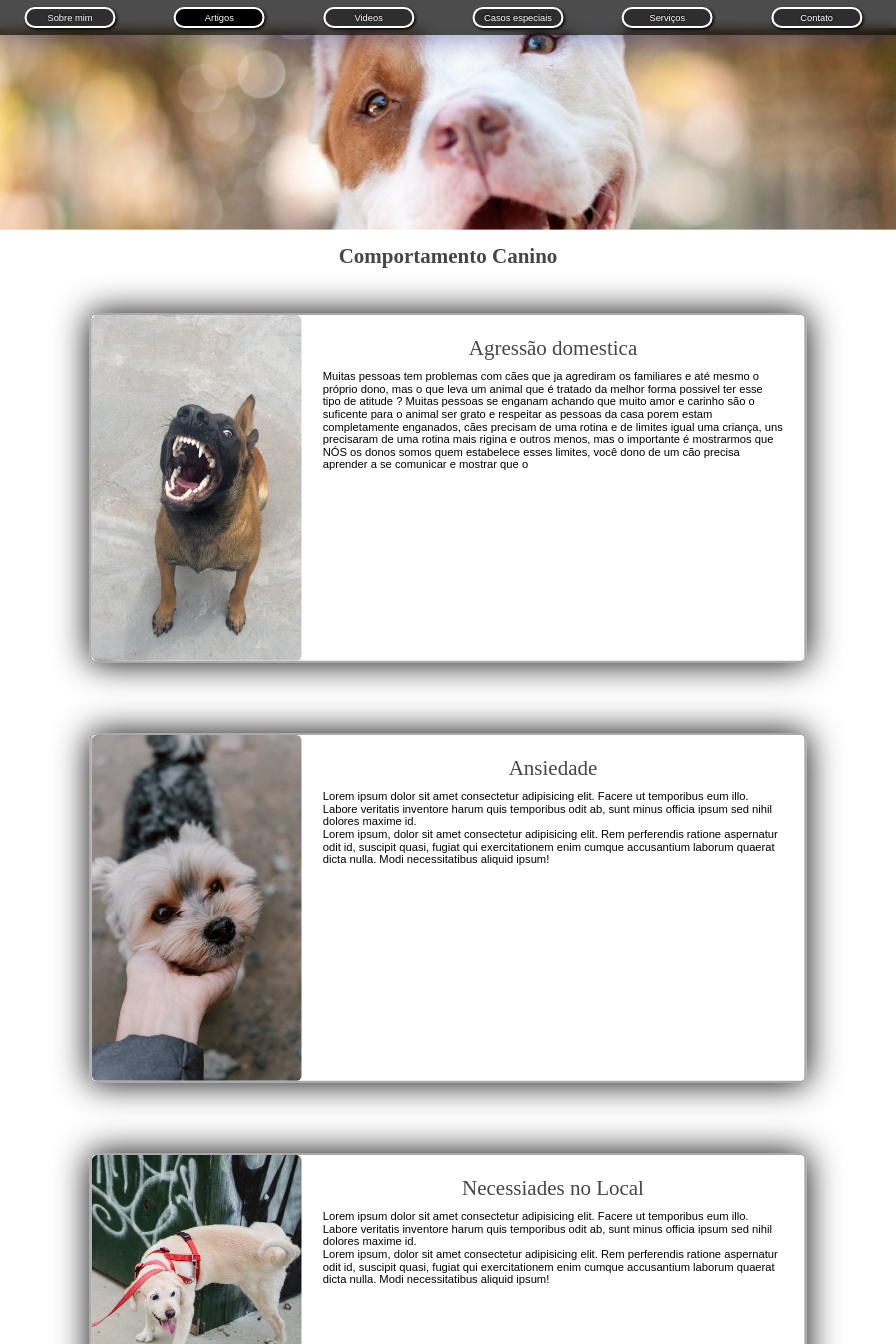
Repository: KevynMarques/Blog-React-StyledComponent
Page: /, after clicking the first element matching `button.sc-eqUAAy`
The author's editor kept a copy of each file at every save. The page is drawn from the files as they stood at one save, then again after the next save.
The browser window is 1280 px wide. The pictures show the part of the page from y = 0 to 1920 px (the page is 3448 px tall), at 70% of full size.
The project was rebuilt for these pictures with package versions that can differ from the ones it lists, and the page was loaded fresh each time. Also part of the build but not shown: src/Components/Clientes/index.jsx, src/Components/Serviços/index.jsx, src/Components/Contato/index.jsx, src/Components/View/index.jsx.

Above is the page before, as saved 2022-02-21 15:25:22.

### public/index.html
<!DOCTYPE html>
<html lang="pt-BR">
  <head>
    <meta charset="utf-8" />
    <link rel="icon" href="%PUBLIC_URL%/favicon.ico" />
    <meta name="viewport" content="width=device-width, initial-scale=1" />
    <meta name="theme-color" content="#000000" />
    <meta
      name="description"
      content="Web site created using create-react-app"
    />
    <link rel="apple-touch-icon" href="%PUBLIC_URL%/logo192.png" />
    <!--
      manifest.json provides metadata used when your web app is installed on a
      user's mobile device or desktop. See https://developers.google.com/web/fundamentals/web-app-manifest/
    -->
    <!--
      Notice the use of %PUBLIC_URL% in the tags above.
      It will be replaced with the URL of the `public` folder during the build.
      Only files inside the `public` folder can be referenced from the HTML.

      Unlike "/favicon.ico" or "favicon.ico", "%PUBLIC_URL%/favicon.ico" will
      work correctly both with client-side routing and a non-root public URL.
      Learn how to configure a non-root public URL by running `npm run build`.
    -->
    <title>Adestramento DK</title>
  </head>
  <body>
    <noscript>You need to enable JavaScript to run this app.</noscript>
    <div id="root"></div>
    <!--
      This HTML file is a template.
      If you open it directly in the browser, you will see an empty page.

      You can add webfonts, meta tags, or analytics to this file.
      The build step will place the bundled scripts into the <body> tag.

      To begin the development, run `npm start` or `yarn start`.
      To create a production bundle, use `npm run build` or `yarn build`.
    -->
  </body>
</html>

### src/App.jsx
import Home from './Pages/Home';
import Sobre from './Components/Sobre/index';
import { useState, useEffect } from 'react';
import { GlobalStyle } from './GlobalStyle';
import Geral from './Components/Geral/index';


function App() {

  const [geral, setGeral]=useState(<Sobre />);

  return (
    <>
    <Home setGeral={setGeral} geral={geral}  />
    <Geral geral={geral} />
    <GlobalStyle/>
   </>
  );
}

export default App;

### src/Pages/Home/index.jsx
import React, {useState} from "react"
import {  Home, Videos, Comportamental, Serviços, Diversos, Contato } from "../../Components/Buttons/Style"
import Sobre from '../../Components/Sobre/index'
import Comport  from '../../Components/Artigos/index'
import Clientes from '../../Components/Clientes/index'
import Serv from "../../Components/Serviços"
import Cont from '../../Components/Contato/index'
import View from "../../Components/View"
import { ContainerHeader } from "../../Components/Containers/style"




export default (props) => {

  const [ativo, setAtivo] = useState(false)
  const [ativoVideos, setAtivoVideos] = useState(true)
  const [ativoComp, setComp] = useState(true)
  const [Casos, setCasos] = useState(true)
  const [serviços, setServiços] = useState(true)
  const [contato, setContato] = useState(true)


  return (
   <>
    <ContainerHeader>

       <Home
         setAtivo={setAtivo}
         ativo={ativo}
         onClick={()=>(props.setGeral(<Sobre />),
         setAtivo(false),
         setAtivoVideos(true),
         setComp(true),
         setCasos(true),
         setServiços(true)
         )}>
         <p>Sobre mim</p>
      </Home>


       <Comportamental
          onClick={() =>(props.setGeral(<Comport />),
          setAtivo(true),
          setAtivoVideos(true),
          setComp(false),
          setCasos(true),
          setServiços(true))}

          setComp={setComp}
          ativoComp={ativoComp}>

         <p>Artigos</p>
       </Comportamental>

       <Videos
        ativoEquip={ativoVideos}
        setAtivoVideos={setAtivoVideos}
        onClick={()=>(props.setGeral(<View />),
        setAtivo(true),
        setAtivoVideos(false),
        setComp(true),
        setCasos(true),
        setServiços(true)
        )}>
        <p>Videos</p>
       </Videos>

       <Diversos
          onClick={() =>(props.setGeral(<Clientes />),
          setAtivo(true),
          setAtivoVideos(true),
          setComp(true),
          setCasos(false),
          setServiços(true))}
          setCasos={setCasos}
          Casos={Casos}>
         <p>Casos especiais</p>
       </Diversos>


       <Serviços onClick={() =>(props.setGeral(<Serv />),
        setAtivo(true),
        setAtivoVideos(true),
        setComp(true),
        setCasos(true),
        setServiços(false))}
        setServiços={setServiços}
        serviços={serviços}>
         <p>Serviços</p>
       </Serviços>

       <Contato onClick={() =>(props.setGeral(<Cont />),
        setAtivo(true),
        setAtivoVideos(true),
        setComp(true),
        setCasos(true),
        setServiços(true),
        setContato(false)
       )}
          setContato={setContato}
          contato={contato}>
         <p>Contato</p>
      </Contato>

    </ContainerHeader>
    </>
  );
}

### src/Components/Sobre/index.jsx
import Foto from '../Image/foto.png'
import LV from '../Image/LV.jpg';
import Dog from '../Image/Dog.png'
import { Tittle } from "../Textos&Titles/style";
import { ContainerBaner, ContainerBox, ContainerIMG } from "../Containers/style";
import { Info } from "../Textos&Titles/style";
import { SubTitle } from '../Textos&Titles/style';
import { TitleInfo } from '../Textos&Titles/style';


export default () => {
  return (
<>
     <ContainerBaner>
      <img src={Dog} />
     </ContainerBaner>

   <Tittle>
          Adestramento DK
  </Tittle>


  <ContainerBox>
       <ContainerIMG>
        <img src={Foto} />
       </ContainerIMG>
       <Info>
       <TitleInfo>Quem sou eu</TitleInfo>
       meu nome é Kevyn Marques sempre fui um apaixonado por cães, no ano de 2017 tive o prazer
       de fazer parte do 2BPE  onde pude ter  meu primeiro contato com cães de trabalho tanto de faro como de guarda, encantando com aqueles animais comecei a pesquisar e estudar sobre comportamento canino  e desde la eu nunca mais parei, ao longo da minha jornada como adestrador fiz inumeros cursos com pessoas que estão na aréa do adestramento a anos, tanto no esporte canino como no treinamento pet podendo ter uma visão ampla e diversificade de cada caso que passa pelas minhas mãos, tenho um orgulho enorme dos meus resultados, acredito que todos com a orientação adequada podem ter uma vida em harmonia com seus cães independente do tamanho do problema ele sempre tera solução.
       </Info>
       </ContainerBox>

  <SubTitle>  Viper e Logan !
  </SubTitle>


    <ContainerBox>
       <ContainerIMG>
        <img src={LV} />
       </ContainerIMG>
       <Info>
       <TitleInfo>Nosso dia a dia</TitleInfo>
       Apesar de ter tido cães a vida toda o meu primeiro cão de trabalho foi o Logan, meu pastor Belga Malinois que se encontra ao lado direito da foto, com o Logan vieram inumeros desafios afinal é uma raça dificil de lidar, temperamento forte muita disposição e um drive de caça altissimo, porem com a tecnica é o conhecimento adequado o Logan se tornou a melhor companhia que ja tive na vida, ja o Mali mais escuro na foto é o Viper, minha paixão por Malinois so aumenta e com isso veio mais um para familia, o pequeno Viper é bem diferente do Logan, um cão mais calmo e de um temperamento extremamente equilibrado por enquanto ainda não sei se irei treina-lo para guarda e proteção como o Logan, porem uma coisa é certa, eles fazem uma dupla e tanto !! Irei postar videos rotineiros dos treinos de ambos e espero que vocês acompanhem !
       </Info>
   </ContainerBox>
</>

  );
}

### src/GlobalStyle.jsx
import { createGlobalStyle } from 'styled-components';

 export const GlobalStyle = createGlobalStyle`
  * {
    margin: 0;
    padding: 0;
    box-sizing: border-box;

  }
`;

### src/Components/Geral/index.jsx
import React from "react"

export default (props) => {

  return (

    <>
    {props.geral}
    </>

  );

}

### src/Components/Buttons/Style.jsx
import styled from "styled-components";


export const Home = styled.button `
background:${props => props.ativo ? '#2e2e2e' : '#000000'};
font-family: Arial, Helvetica, sans-serif;
font-style:normal;
color:#ffffff;
border:3px solid #ffffff;
text-shadow:0px -1px 3px #000000;
box-shadow:2px 2px 5px #000000;
box-shadow:2px 2px 5px #000000;
box-shadow:2px 2px 5px #000000;
border-radius:25px 25px 25px 25px;
border-radius:25px 25px 25px 25px;
border-radius:25px 25px 25px 25px;
width:130px;
height: 30px;

&:hover {
  background-color: black;
}

cursor:pointer;
margin:0 auto;
margin-left: 35px;

&:active {
  transform: scale(0.9);
}

`;


export const Videos = styled(Home) `

background:${props => props.ativoEquip ? '#2e2e2e' : '#000000'};

`;

export const Comportamental = styled(Home) `

background:${props => props.ativoComp ? '#2e2e2e' : '#000000'};

`;


export const Diversos = styled(Home) `

background:${props => props.Casos? '#2e2e2e' : '#000000'};

`;


export const Serviços = styled(Home) `

background:${props => props.serviços? '#2e2e2e' : '#000000'};

`;

export const Contato = styled(Home) `

background:#2e2e2e;

`;

### src/Components/Artigos/index.jsx
import Dog from '../Image/pitbull.jpeg'
import Agress from '../Image/agressao.png'
import York from '../Image/york.jpeg'
import Xixi from '../Image/xixi.jpeg'
import Passeio from '../Image/Passeio.jpeg'
import Bagunça from '../Image/bagunça.jpg'
import { Info, SubTitle } from '../Textos&Titles/style'
import { ContainerBaner, ContainerBox, ContainerIMG } from '../Containers/style'
import { TitleInfo } from '../Textos&Titles/style'

export default () => {
  return (
    <>
    <ContainerBaner>
    <img src={Dog} />
    </ContainerBaner>

    <SubTitle>
      Comportamento Canino
     </SubTitle>

      <ContainerBox>
       <ContainerIMG>
        <img src={Agress} />
       </ContainerIMG>
       <Info>
       <TitleInfo>Agressão domestica</TitleInfo>
       Muitas pessoas tem problemas com cães que ja agrediram os familiares e até mesmo o próprio dono, mas o que leva um animal que é tratado
       da melhor forma possivel ter esse tipo de atitude ? Muitas pessoas se enganam achando que muito amor e carinho são o suficente para o animal ser grato e respeitar as pessoas da casa porem estam completamente enganados, cães precisam de uma rotina e de limites igual uma criança, uns precisaram de uma rotina mais rigina e outros menos, mas o importante é mostrarmos que NÓS os donos somos quem estabelece esses limites, você dono de um cão precisa aprender a se comunicar e mostrar que o
        </Info>
       </ContainerBox>

       <ContainerBox>
       <ContainerIMG>
        <img src={York} />
       </ContainerIMG>
       <Info>
       <TitleInfo>Ansiedade</TitleInfo>
       Lorem ipsum dolor sit amet consectetur adipisicing elit. Facere ut temporibus eum illo. Labore veritatis inventore harum quis temporibus odit ab, sunt minus officia ipsum sed nihil dolores maxime id.
       <br></br>
        Lorem ipsum, dolor sit amet consectetur adipisicing elit. Rem perferendis ratione aspernatur odit id, suscipit quasi, fugiat qui  exercitationem  enim cumque accusantium laborum quaerat dicta nulla. Modi necessitatibus aliquid ipsum!
        </Info>
       </ContainerBox>

       <ContainerBox>
       <ContainerIMG>
        <img src={Xixi} />
       </ContainerIMG>
       <Info>
       <TitleInfo>Necessiades no Local</TitleInfo>
       Lorem ipsum dolor sit amet consectetur adipisicing elit. Facere ut temporibus eum illo. Labore veritatis inventore harum quis temporibus odit ab, sunt minus officia ipsum sed nihil dolores maxime id.
       <br></br>
        Lorem ipsum, dolor sit amet consectetur adipisicing elit. Rem perferendis ratione aspernatur odit id, suscipit quasi, fugiat qui  exercitationem  enim cumque accusantium laborum quaerat dicta nulla. Modi necessitatibus aliquid ipsum!
        </Info>
       </ContainerBox>


       <ContainerBox>
       <ContainerIMG>
        <img src={Passeio} />
       </ContainerIMG>
       <Info>
       <TitleInfo>Passeio</TitleInfo>
       Lorem ipsum dolor sit amet consectetur adipisicing elit. Facere ut temporibus eum illo. Labore veritatis inventore harum quis temporibus odit ab, sunt minus officia ipsum sed nihil dolores maxime id.
       <br></br>
        Lorem ipsum, dolor sit amet consectetur adipisicing elit. Rem perferendis ratione aspernatur odit id, suscipit quasi, fugiat qui  exercitationem  enim cumque accusantium laborum quaerat dicta nulla. Modi necessitatibus aliquid ipsum!
        </Info>
       </ContainerBox>


       <ContainerBox>
       <ContainerIMG>
        <img src={Bagunça} />
       </ContainerIMG>
       <Info>
       <TitleInfo>Destruição de objetos</TitleInfo>
       Lorem ipsum dolor sit amet consectetur adipisicing elit. Facere ut temporibus eum illo. Labore veritatis inventore harum quis temporibus odit ab, sunt minus officia ipsum sed nihil dolores maxime id.
       <br></br>
        Lorem ipsum, dolor sit amet consectetur adipisicing elit. Rem perferendis ratione aspernatur odit id, suscipit quasi, fugiat qui  exercitationem  enim cumque accusantium laborum quaerat dicta nulla. Modi necessitatibus aliquid ipsum!
        </Info>
       </ContainerBox>
    </>
  );
}

### src/Components/Containers/style.jsx
import  styled  from "styled-components";



export const  ContainerHeader  = styled.div `
     width: 100vw;
     height: 50px;
     margin: 0;
     position: fixed;
     z-index: 99999;
     background: rgba( 0, 0, 0, 0.7 );
     box-shadow: 0 8px 32px 0 rgba( 31, 38, 135, 0.37 );
     backdrop-filter: blur( 7.5px );
     -webkit-backdrop-filter: blur( 7.5px );
     color:white;
     display: flex;
     align-items: center;
     justify-content: center;
`;



export const ContainerBaner= styled.div `
  width: 100%;
  height: 40vh;


    img {
    width: 100%;
    height: 100%;
    object-fit: cover;
    margin-top: 40px;

    }
`;


export const  ContainerBox = styled.section `
  height: 500px;
  border: solid 3px #aaaaaa;
  width: 80vw;
  margin: 100px  10%;
  border-radius: 8px;
  box-shadow: 0 0 3em Black;
  display: flex;
  `;


export const ContainerIMG = styled.div `

    min-width:300px;
    height:494px;

  img {
    object-fit: cover;
    width: 100%;
    height: 100%;
    border-radius: 8px;
  }

`;

### src/Components/Textos&Titles/style.jsx
import styled from 'styled-components'



export const Tittle = styled.h1`
@import url('https://fonts.googleapis.com/css2?family=Bangers&display=swap');
color: #312f2f;
font-size: 60px;
font-family: 'Bangers', cursive;
text-align: center;
height: 40px;
margin-top: 45px;
`;


export const Info = styled.p`
 margin: 30px;
 font-family: Arial, Helvetica, sans-serif;
`;


export const SubTitle = styled.h2 `
 text-align: center;
 font-size: 30px;
 margin-top: 60px;
 font-family: Arial, Helvetica, sans-serif;
 color: #464646;
 margin-bottom: -35px;
 font-family: 'Bangers', cursive;
`;


export const TitleInfo = styled.div `
 text-align: center;
 font-size: 30px;
 font-family: Arial, Helvetica, sans-serif;
 color: #464646;
 font-family: 'Bangers', cursive;
 margin-bottom: 15px;
`;

Loaded but not shown: src/index.js (common file)

After the next save:
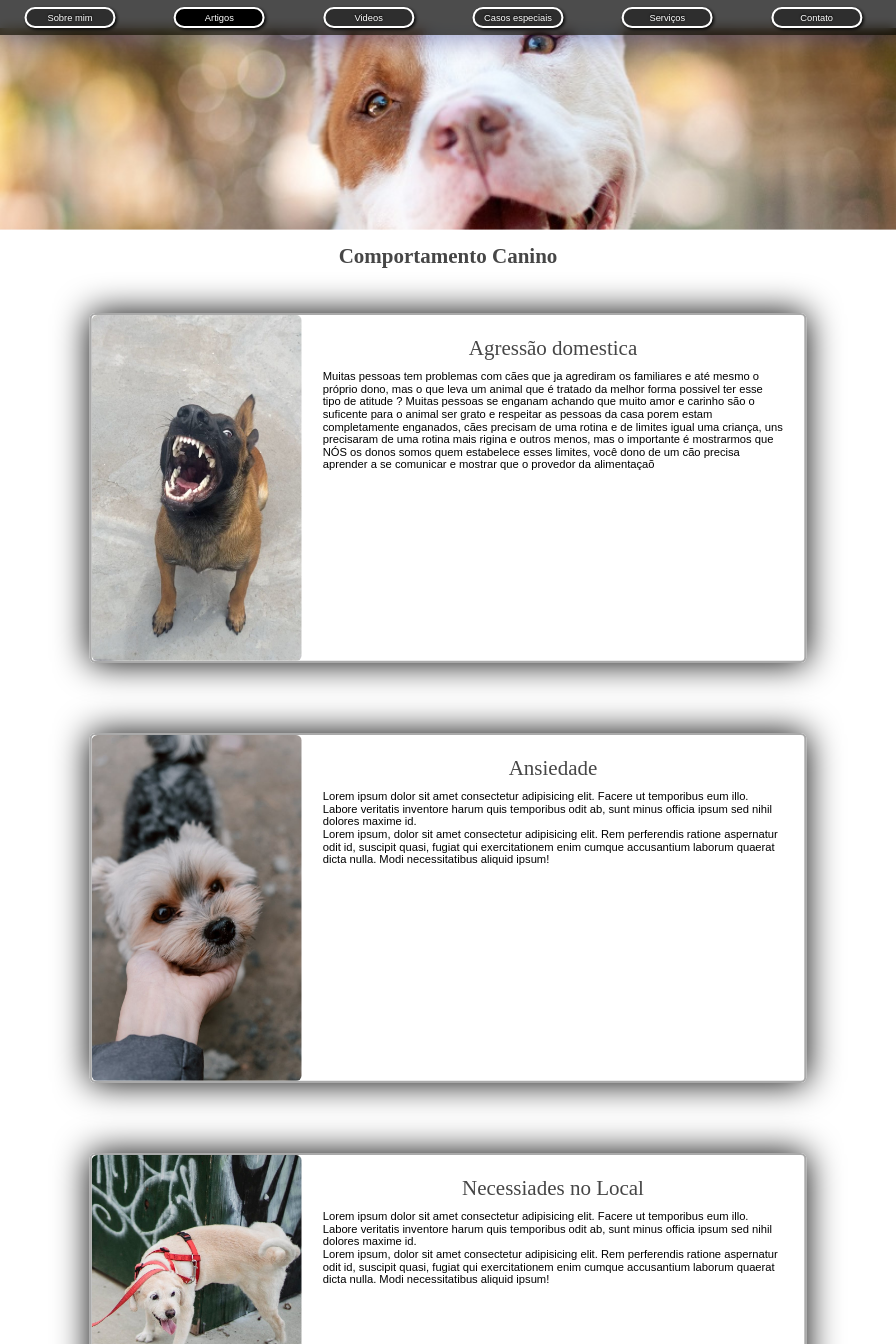
Saved 6 s later.
--- a/src/Components/Artigos/index.jsx
+++ b/src/Components/Artigos/index.jsx
@@ -26,7 +26,7 @@ export default () => {
        <Info>
        <TitleInfo>Agressão domestica</TitleInfo>
        Muitas pessoas tem problemas com cães que ja agrediram os familiares e até mesmo o próprio dono, mas o que leva um animal que é tratado
-       da melhor forma possivel ter esse tipo de atitude ? Muitas pessoas se enganam achando que muito amor e carinho são o suficente para o animal ser grato e respeitar as pessoas da casa porem estam completamente enganados, cães precisam de uma rotina e de limites igual uma criança, uns precisaram de uma rotina mais rigina e outros menos, mas o importante é mostrarmos que NÓS os donos somos quem estabelece esses limites, você dono de um cão precisa aprender a se comunicar e mostrar que o
+       da melhor forma possivel ter esse tipo de atitude ? Muitas pessoas se enganam achando que muito amor e carinho são o suficente para o animal ser grato e respeitar as pessoas da casa porem estam completamente enganados, cães precisam de uma rotina e de limites igual uma criança, uns precisaram de uma rotina mais rigina e outros menos, mas o importante é mostrarmos que NÓS os donos somos quem estabelece esses limites, você dono de um cão precisa aprender a se comunicar e mostrar que o provedor da alimentaçaõ
         </Info>
        </ContainerBox>
 
